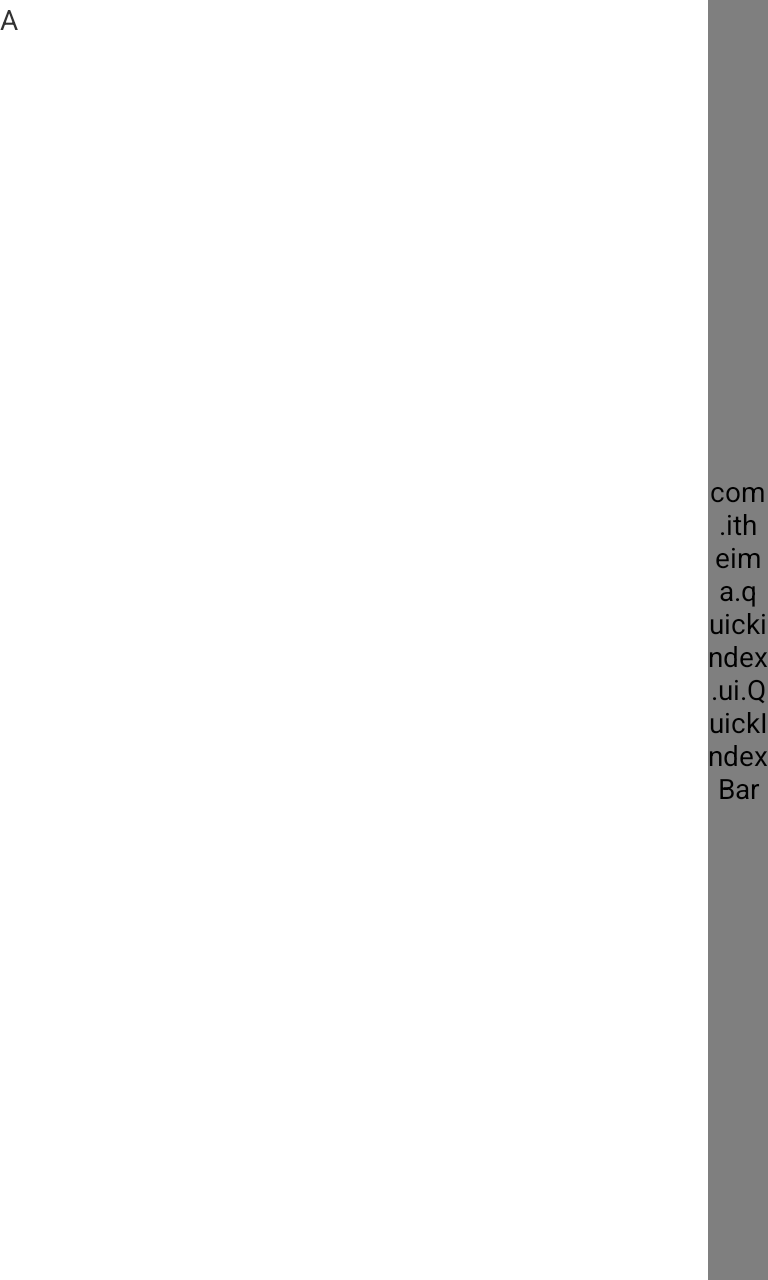
Repository: weijunfeng/QQEffects
Layout: 01_快速索引/res/layout/activity_main.xml
The author's editor kept a copy of each file at every save. The layout is drawn from the files as they stood at one save, then again after the next save.
Pictures or frames that could not be fetched are drawn as grey boxes. It is drawn on a 768 x 1280 px phone screen (xhdpi) without system bars, with theme AppTheme; the app's code is not run. Lists and similar views that code fills are empty.

Above is the layout before, as saved 2015-04-01 09:33:28.

### 01_快速索引/res/layout/activity_main.xml
<RelativeLayout xmlns:android="http://schemas.android.com/apk/res/android"
    xmlns:tools="http://schemas.android.com/tools"
    android:layout_width="match_parent"
    android:layout_height="match_parent"
    tools:context=".MainActivity" >

    <ListView
        android:id="@+id/lv_main"
        android:layout_width="match_parent"
        android:layout_height="match_parent" >
    </ListView>

    <com.itheima.quickindex.ui.QuickIndexBar
        android:id="@+id/bar"
        android:layout_width="30dp"
        android:layout_height="match_parent"
        android:layout_alignParentRight="true"
        android:background="#ff0000" />

    <TextView
        android:layout_width="160dp"
        android:layout_height="80dp"
        android:text="A"
        />

</RelativeLayout>

Loaded but not shown: 01_快速索引/res/values/styles.xml (common file); 01_快速索引/res/values-v11/styles.xml (common file); 01_快速索引/res/values-v14/styles.xml (common file)

After the next save:
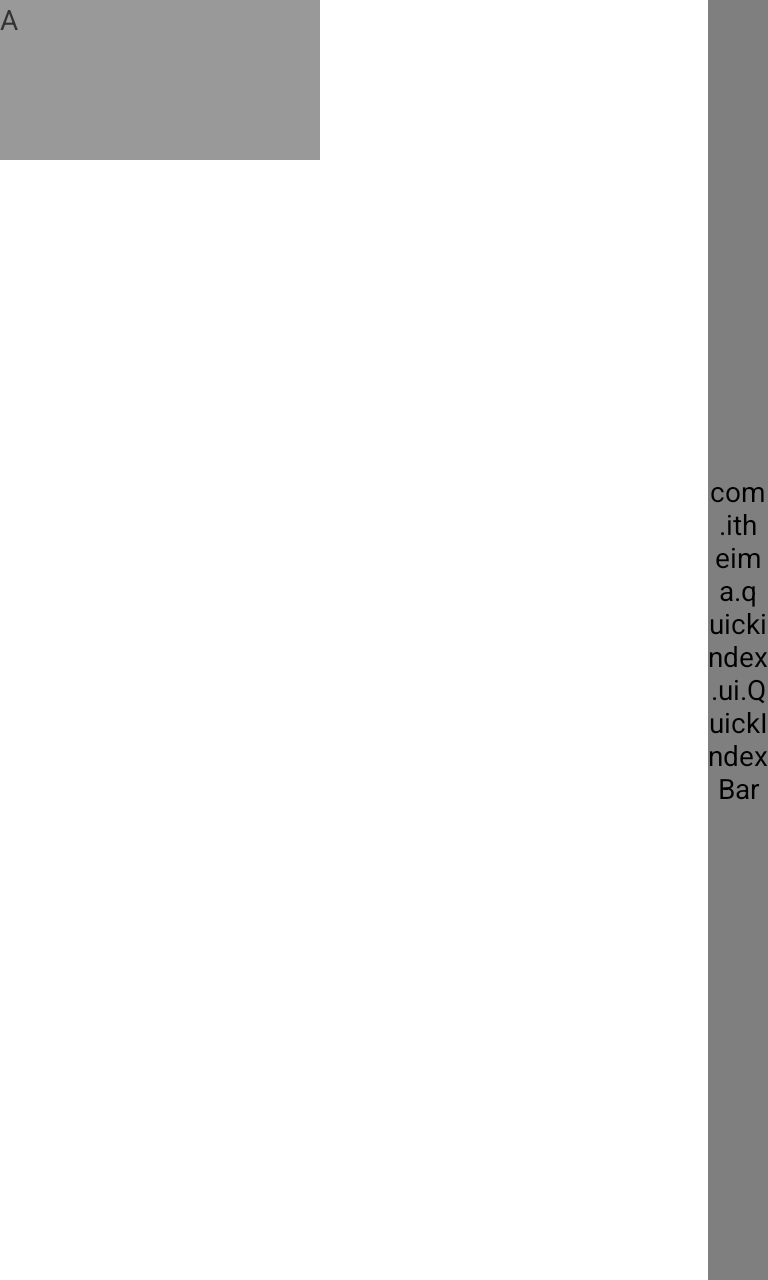
Saved 11 s later.
--- a/01_快速索引/res/layout/activity_main.xml
+++ b/01_快速索引/res/layout/activity_main.xml
@@ -21,6 +21,7 @@
         android:layout_width="160dp"
         android:layout_height="80dp"
         android:text="A"
+        android:background="#66000000"
         />
 
 </RelativeLayout>
